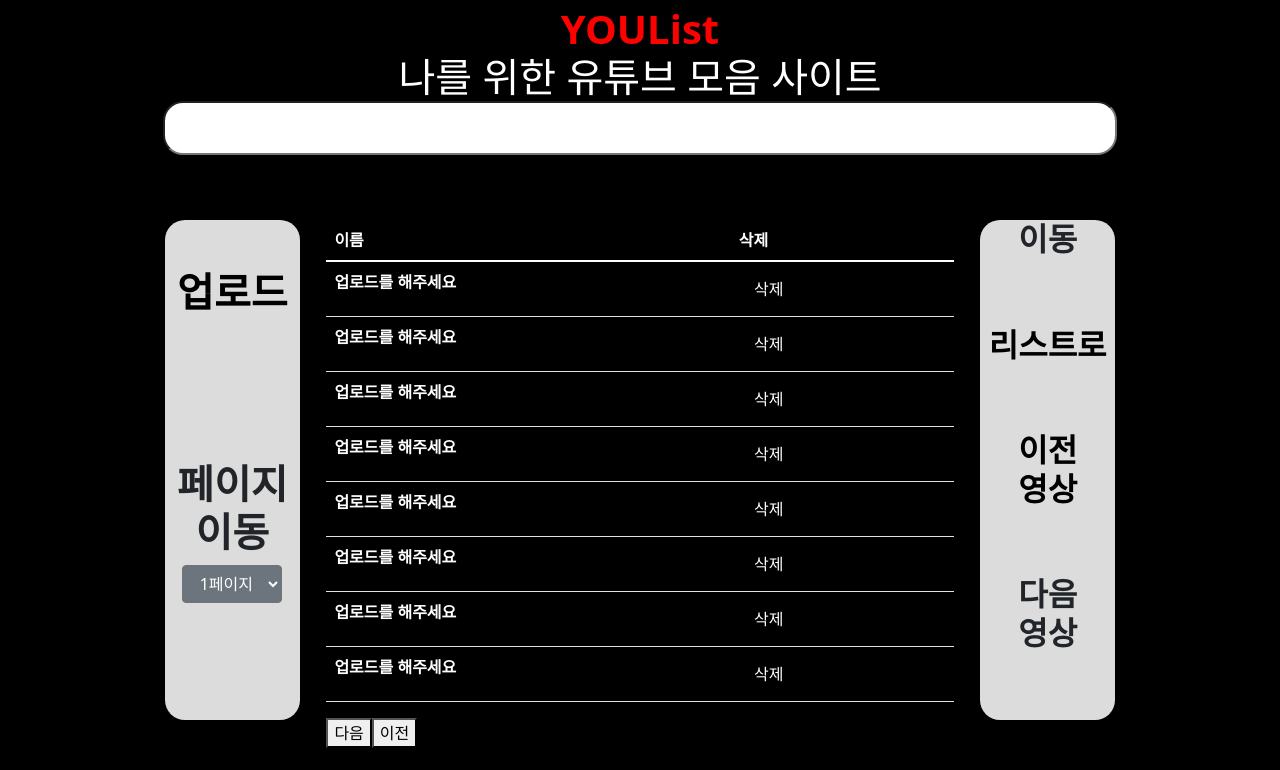
Repository: sojihwan/YouList
Page: / (app in youlist/)
An editor plug-in stored every save of this project. The page is shown before and after a run of saves, followed by the edit.
The browser window is 1280 px wide. The pictures show the whole page.
The project was rebuilt for these pictures with package versions that can differ from the ones it lists, and the page was loaded fresh each time. Also part of the build but not shown: youlist/src/App.css, youlist/src/Body/View.js, youlist/src/Body/Uplode.js.

Above is the page before, as saved 2022-05-26 11:15:58.

After the next 3 saves:
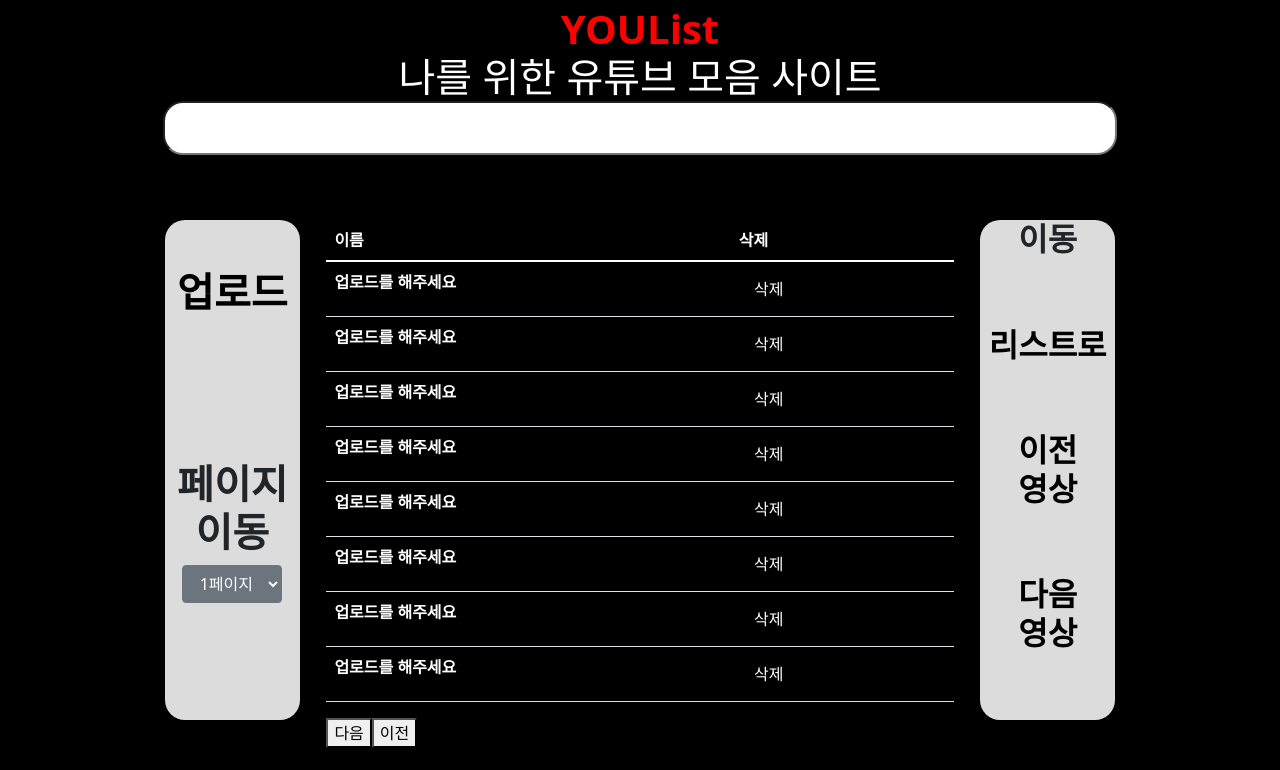
The 3 saves are shown as one change because they came seconds apart.
The last was saved 10 s later.
--- a/youlist/src/Nav/LeftNav.js
+++ b/youlist/src/Nav/LeftNav.js
@@ -22,7 +22,7 @@ function LeftNav (props){
           <b onClick={NV(props)}><Link to="/"className="Link1">이전<br/>영상</Link></b>
         </div>
         <div className='LeftNavDiv'>
-          <b onClick={BV(props)}>다음<br/>영상</b>
+          <b onClick={BV(props)}><Link to="/"className="Link1">다음<br/>영상</Link></b>
         </div>
         </h2>
     </nav>
